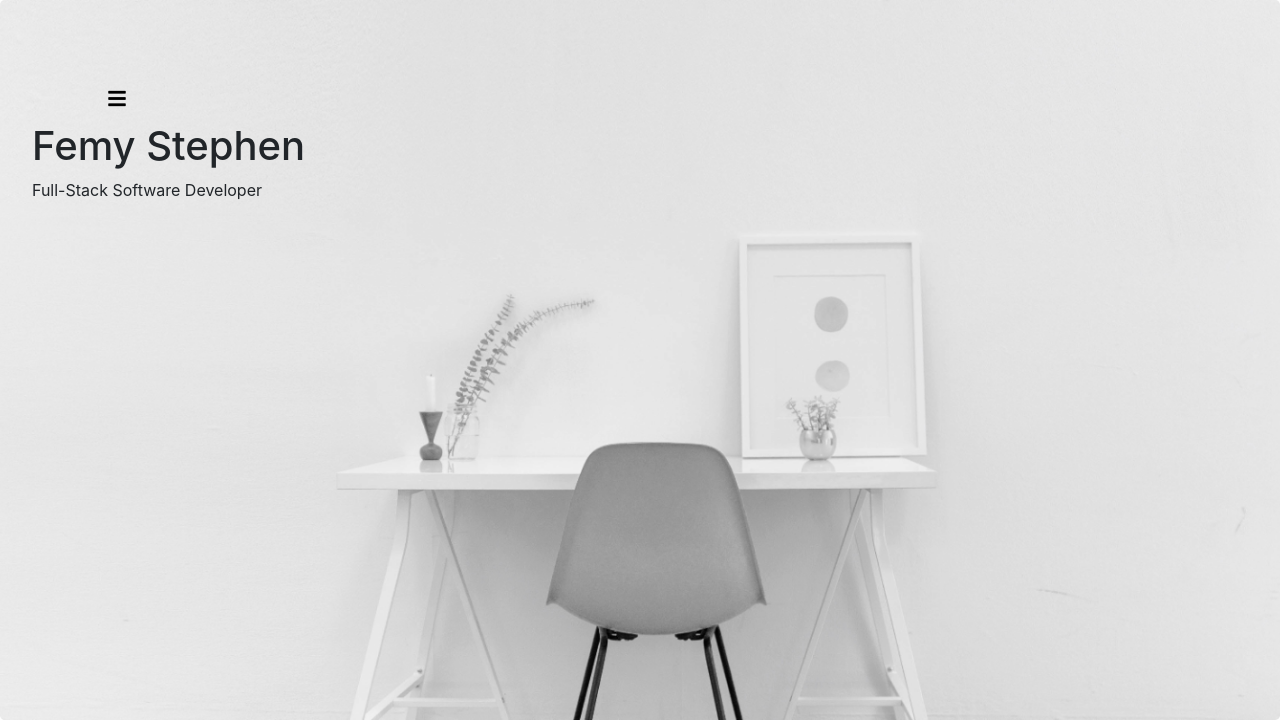
Repository: femy16/FemyStephen
Page: index.html
The author's editor kept a record of every edit. The page is drawn from the files as they stood at one moment, then again after the next edit.
The browser window is 1280 px wide. The pictures show the whole page.
Some web libraries are served in a nearby version.

Above is the page before.
Not found: hover.css

After the next edit:
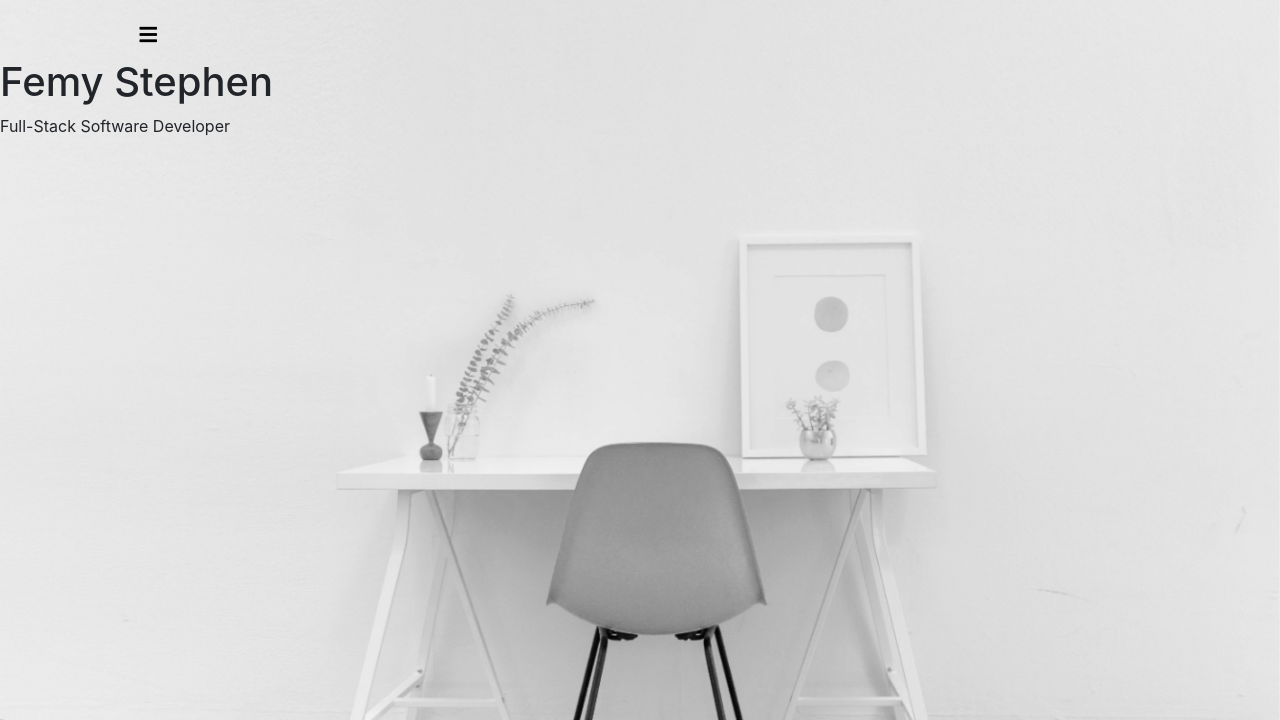
The edit:
--- a/index.html
+++ b/index.html
@@ -15,7 +15,7 @@
 </head>
 
 <body>
-   <header class="jumbotron" id="landing-view">
+   <header id="landing-view">
 
 
         <nav class="navbar navbar-masthead navbar-default navbar-fixed-top">
